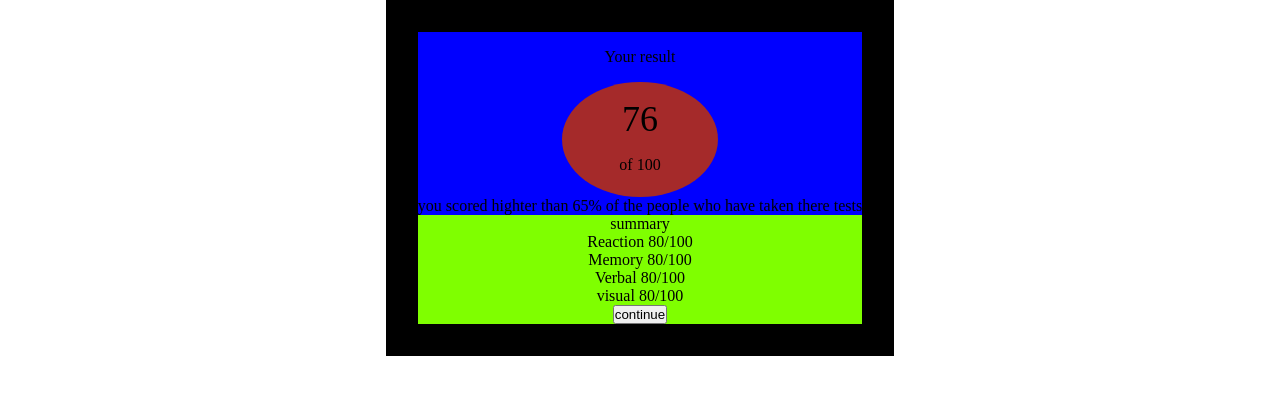
Repository: rahanwz/Card2-raha
Page: card2.html
The author's editor kept a copy of each file at every save. The page is drawn from the files as they stood at one save, then again after a run of saves.
The browser window is 1280 px wide. The pictures show the whole page.

Above is the page before, as saved 2024-02-19 23:30:52.

### card2.html
<!DOCTYPE html>
<html lang="en">
  <head>
    <meta charset="UTF-8" />
    <meta name="viewport" content="width=device-width, initial-scale=1.0" />
    <title>Document</title>
    <link rel="stylesheet" href="card2.css" />
  </head>
  <body>
    <div class="container">
      <div class="card_container">
        <div class="top_card">
          <p>Your result</p>
          <div class="present">
           <p>76</p><p>of 100</p>
          </div>
          <p>
            you scored highter than 65% of the people who have taken there tests
          </p>
        </div>
        <div class="bottom_card">
          <p>summary</p>
          <div>Reaction 80/100</div>
          <div>Memory 80/100</div>
          <div>Verbal 80/100</div>
          <div>visual 80/100</div>
          <div><button>continue</button></div>
        </div>
      </div>
    </div>
  </body>
</html>

### card2.css
* {
  padding: 0;
  margin: 0;
  box-sizing: border-box;
}
body {
  display: flex;
  justify-content: center;
}
.container {
  background-color: black;
  padding: 2rem;
}
.card_container {
  background-color: aquamarine;
}
.card_container {
  text-align: center;
}

.top_card :first-child {
  padding: 1rem;
}
.present :first-child {
  font-size: 2.25rem;
}

.present {
  background-color: #f57d1f;
  height: 16vh;
  width: 35%;
  border-radius: 100%;
  background-color: brown;
  margin: auto;
}

.top_card {
  background-color: blue;
}
.bottom_card {
  background-color: chartreuse;
  height: 100%;
}

After the next 2 saves:
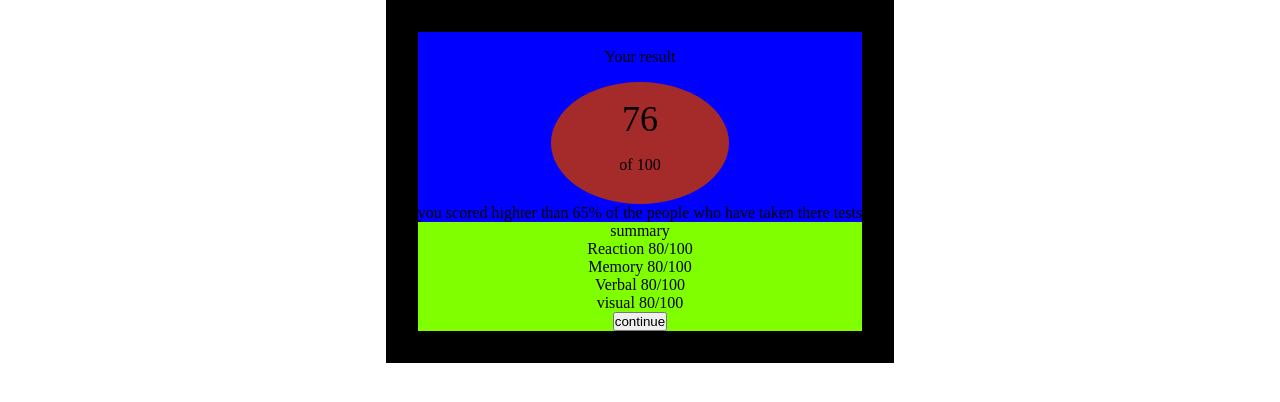
The 2 saves are shown as one change because they came seconds apart.
The last was saved 12 s later.
--- a/card2.css
+++ b/card2.css
@@ -27,8 +27,8 @@ body {
 
 .present {
   background-color: #f57d1f;
-  height: 16vh;
-  width: 35%;
+  height: 17vh;
+  width: 40%;
   border-radius: 100%;
   background-color: brown;
   margin: auto;
